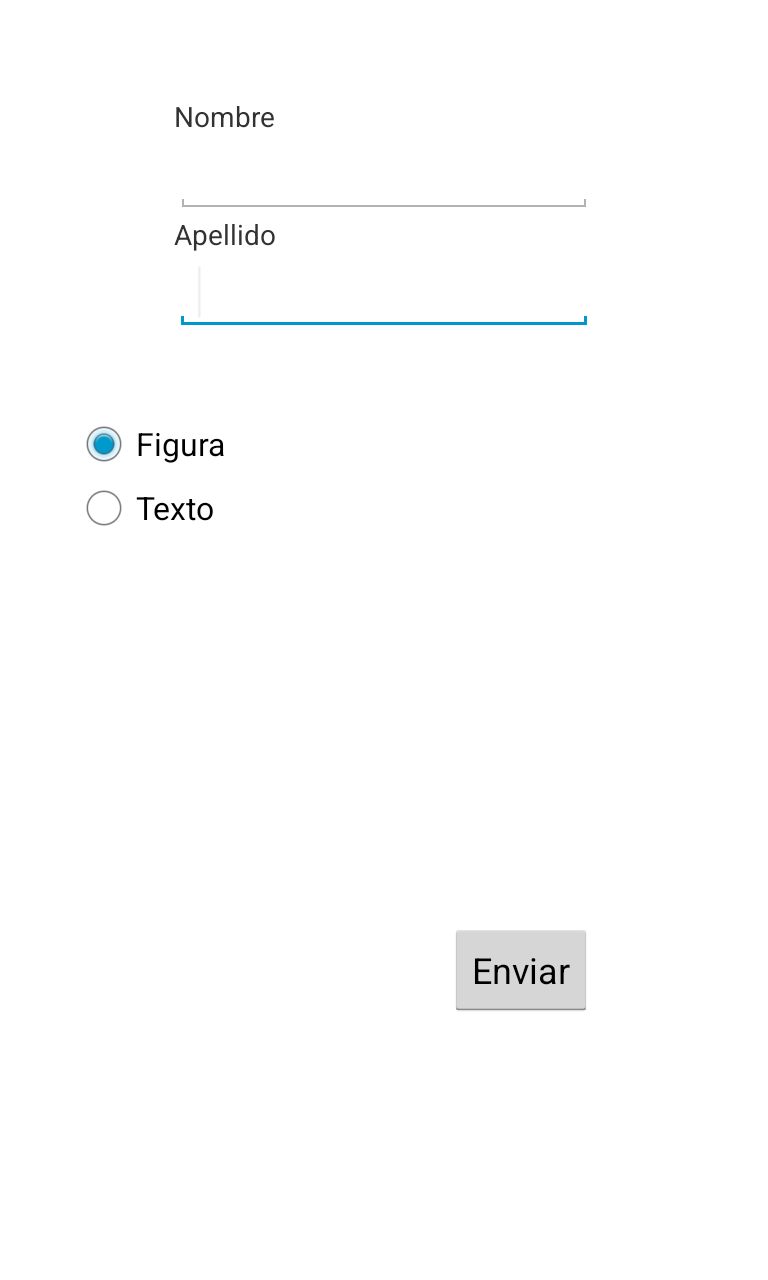
Repository: Anrai/android-app
Layout: Ejercicios/res/layout/activity_main.xml
The author's editor kept a copy of each file at every save. The layout is drawn from the files as they stood at one save, then again after the next save.
It is drawn on a 768 x 1280 px phone screen (xhdpi) without system bars, with theme AppTheme; the app's code is not run.

Above is the layout before, as saved 2014-05-08 00:56:09.

After the next save:
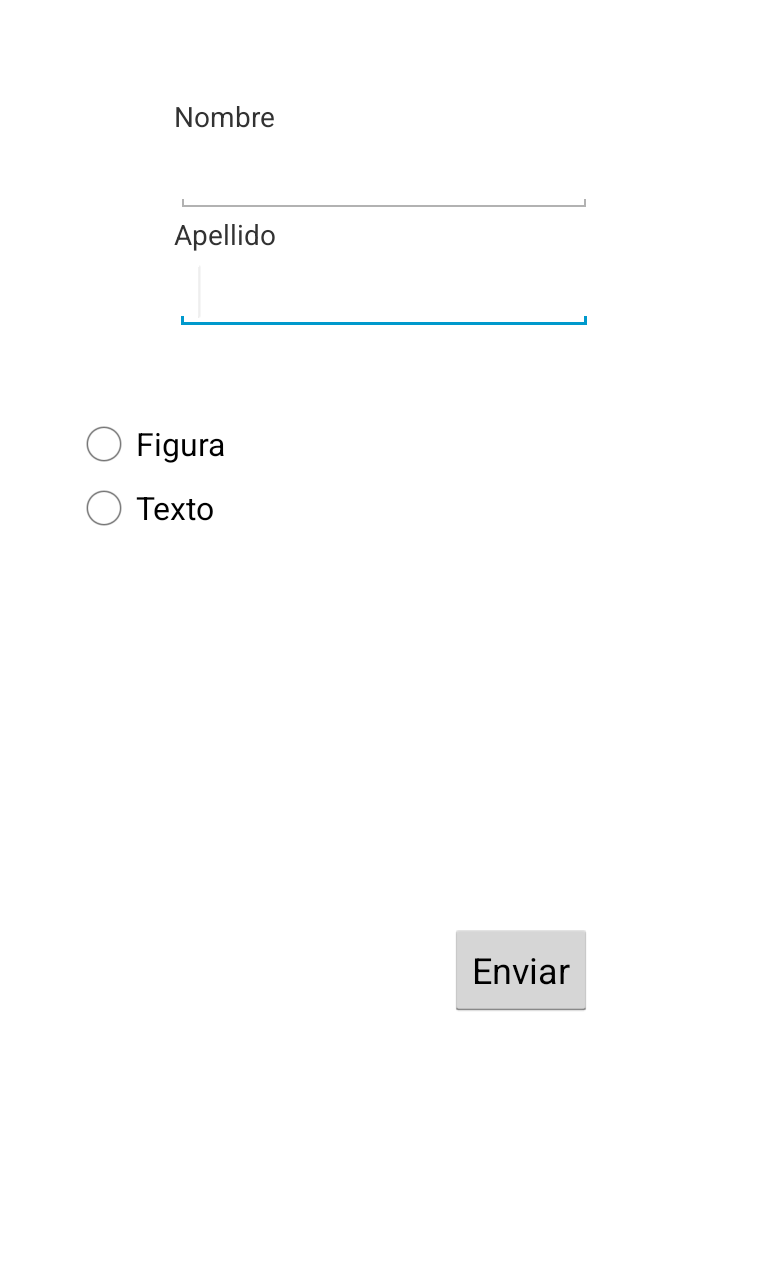
Saved 77 s later.
--- a/Ejercicios/res/layout/activity_main.xml
+++ b/Ejercicios/res/layout/activity_main.xml
@@ -72,7 +72,7 @@
         android:layout_alignLeft="@+id/graficacion"
         android:layout_below="@+id/apellido"
         android:layout_marginTop="40dp"
-        android:checked="true"
+        android:checked="false"
         android:text="Figura" />
 
     <RadioButton
@@ -81,6 +81,7 @@
         android:layout_height="wrap_content"
         android:layout_alignLeft="@+id/graficacion"
         android:layout_below="@+id/figura"
+        android:checked="false"
         android:text="Texto" />
 
 </RelativeLayout>
